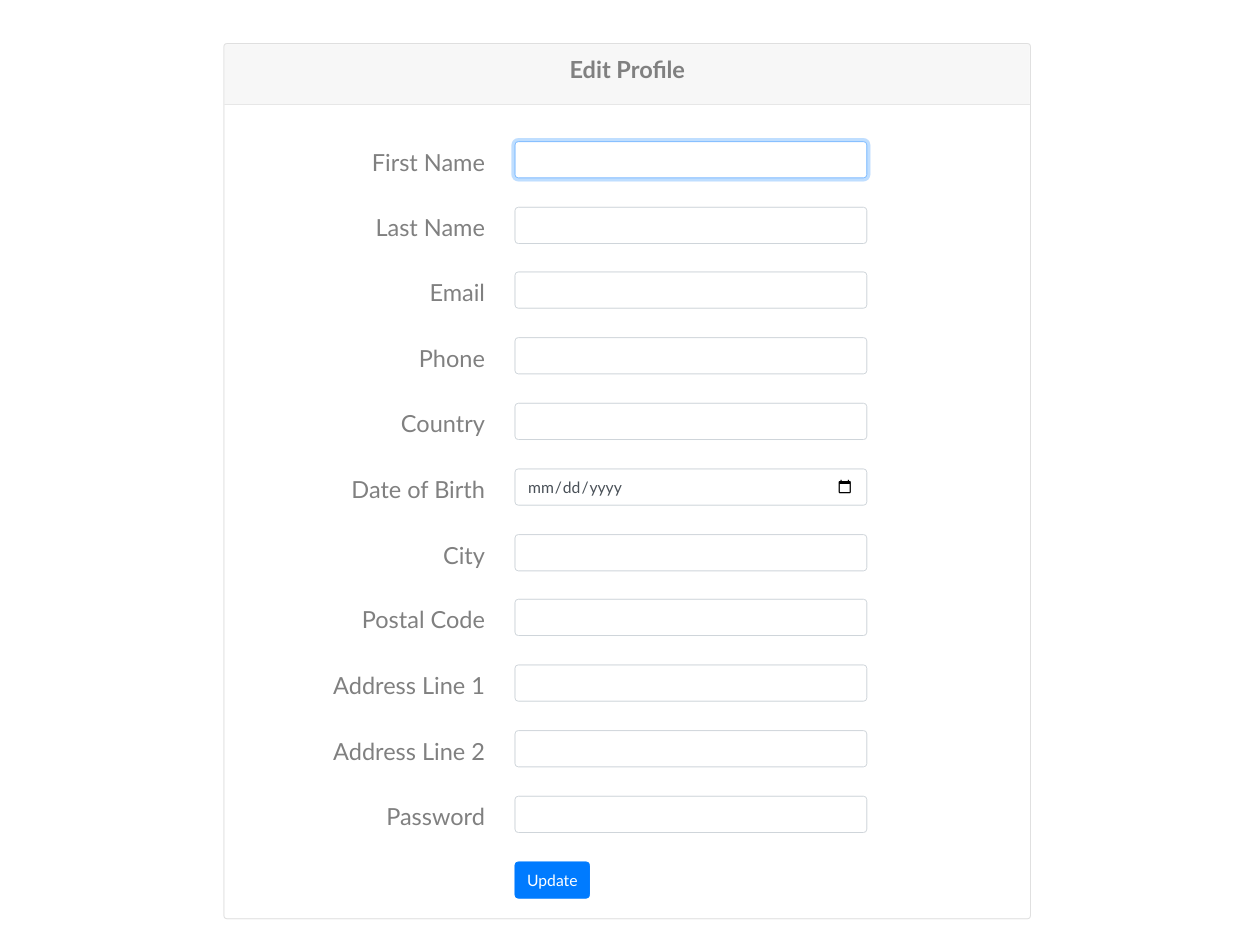
Repository: sahanjayawardena9619/PAF_Project
Page: http://localhost/paf_project/WEB-INF/views/editCustomer.jsp
An editor plug-in stored every save of this project. The page is shown before and after the next save, followed by the edit.
The browser window is 1280 px wide. The pictures show the whole page, at 98% of full size.
The page is served by Tomcat 9. Nobody is signed in. The template is opened directly, without the code that normally fills it, so the values that code supplies are empty.

Above is the page before, as saved 2019-05-19 11:24:15.
Console error: TypeError: Cannot read properties of undefined (reading 'fn')

After the next save:
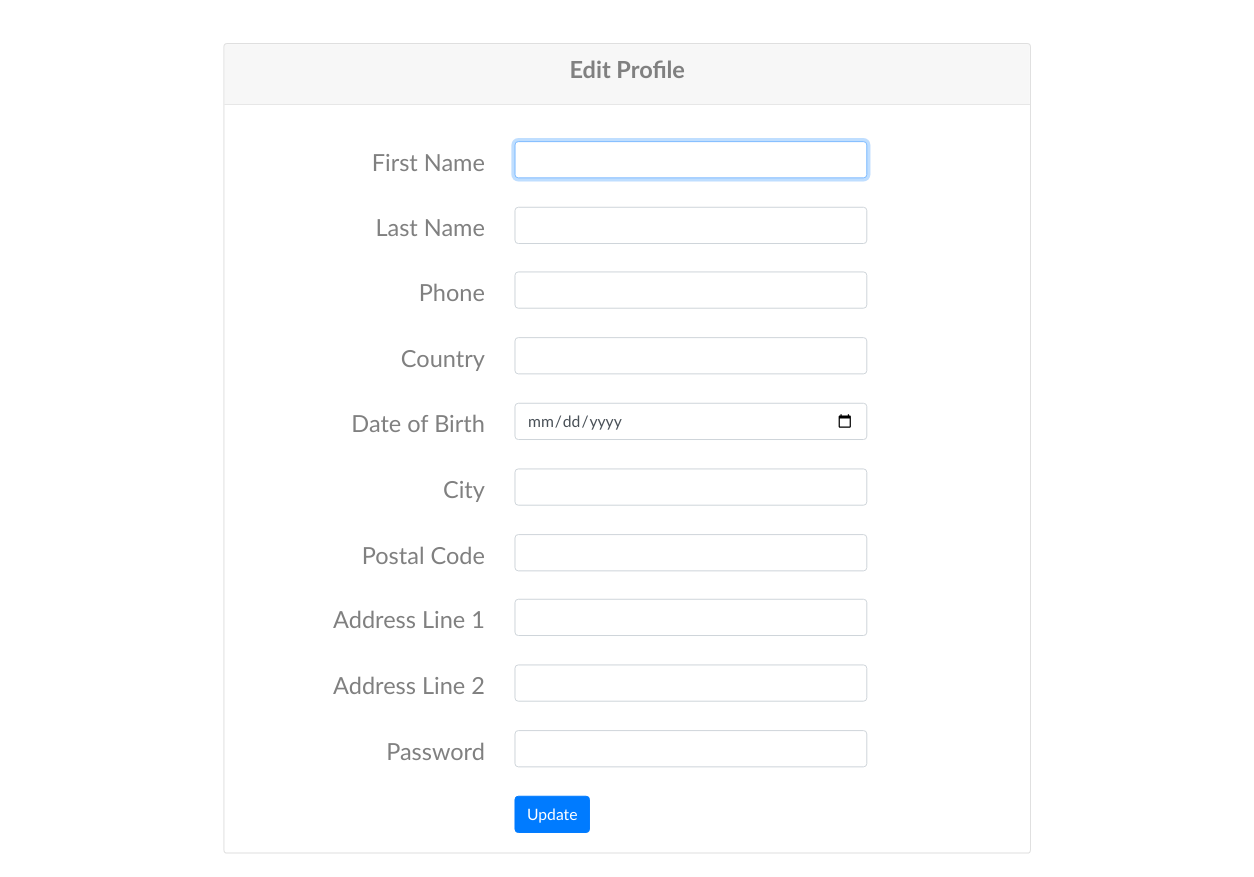
Saved 21 s later.
--- a/Main Project (Final)/PAF/paf_project/src/main/webapp/WEB-INF/views/editCustomer.jsp
+++ b/Main Project (Final)/PAF/paf_project/src/main/webapp/WEB-INF/views/editCustomer.jsp
@@ -59,16 +59,6 @@
 									<div class="col-md-6">
 										<form:input type="text" class="form-control" path="lname"
 											name="lname" required="required" autofocus="autofocus" />
-									</div>
-								</div>
-
-								<div class="form-group row">
-									<label for="email_address"
-										class="col-md-4 col-form-label text-md-right"><h4>
-											Email</h4></label>
-									<div class="col-md-6">
-										<form:input type="email" class="form-control" path="email"
-											name="email" required="required" autofocus="autofocus" disabled="disabled" />
 									</div>
 								</div>
 
